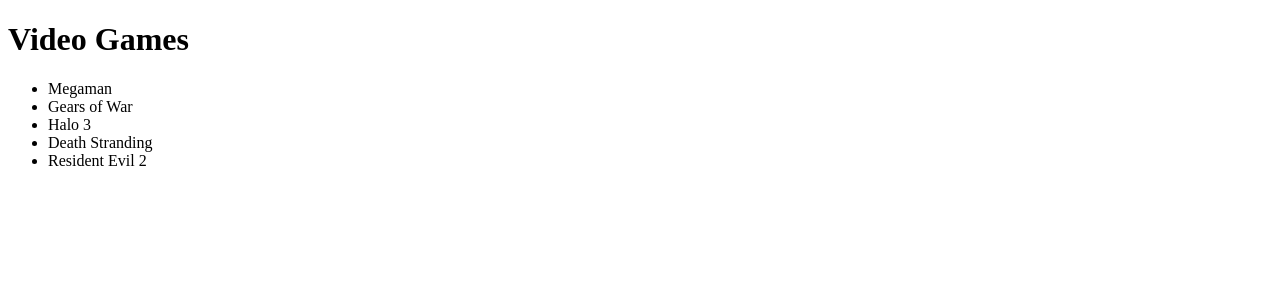
Repository: julianvanost/Week-06
Page: Day_01/First_Server/videogames.html
These files come from the project's save history. The page is drawn as it stood at one moment and after the next save; the edit follows.
The browser window is 1280 px wide. The pictures show the whole page.

Above is the page before, as saved 2020-02-18 13:26:25.

### Day_01/First_Server/videogames.html
<!DOCTYPE html>
<html>
  <head>
    <meta charset="utf-8">
    <meta http-equiv="X-UA-Compatible" content="IE=edge">
    <meta name="viewport" content="width=device-width, initial-scale=1">
    <title>Video Games</title>
  </head>
  <body>
    <h1>Video Games</h1>
        <p>
          <ul>
            <li>Megaman</li>
            <li>Gears of War</li>
            <li>Halo 3</li>
            <li>Death Stranding</li>
            <li>Resident Evil 2</li>
          </ul>
        </p>
        <a href="/index"></a>
        <a href="/videogames"></a>
        <a href="/movies"></a>
        <a href="/books"></a>
        <a href="/songs"></a>
  </body>
</html>

After the next save:
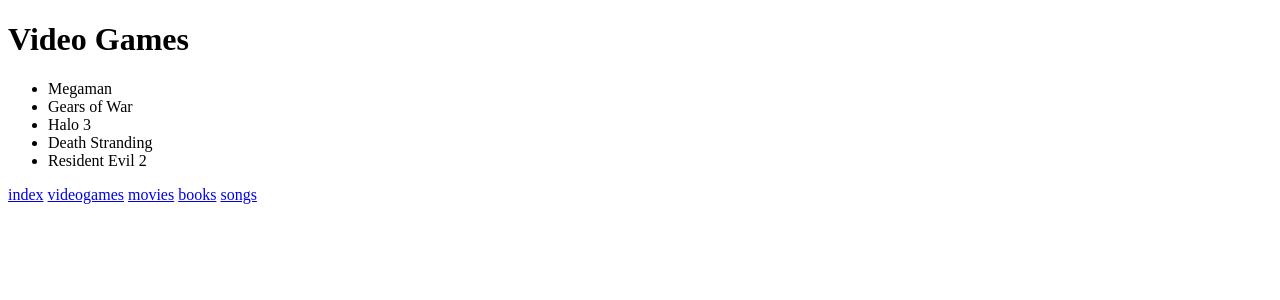
Saved 70 s later.
--- a/Day_01/First_Server/videogames.html
+++ b/Day_01/First_Server/videogames.html
@@ -17,10 +17,10 @@
             <li>Resident Evil 2</li>
           </ul>
         </p>
-        <a href="/index"></a>
-        <a href="/videogames"></a>
-        <a href="/movies"></a>
-        <a href="/books"></a>
-        <a href="/songs"></a>
+        <a href="/index">index</a>
+        <a href="/videogames">videogames</a>
+        <a href="/movies">movies</a>
+        <a href="/books">books</a>
+        <a href="/songs">songs</a>
   </body>
 </html>
